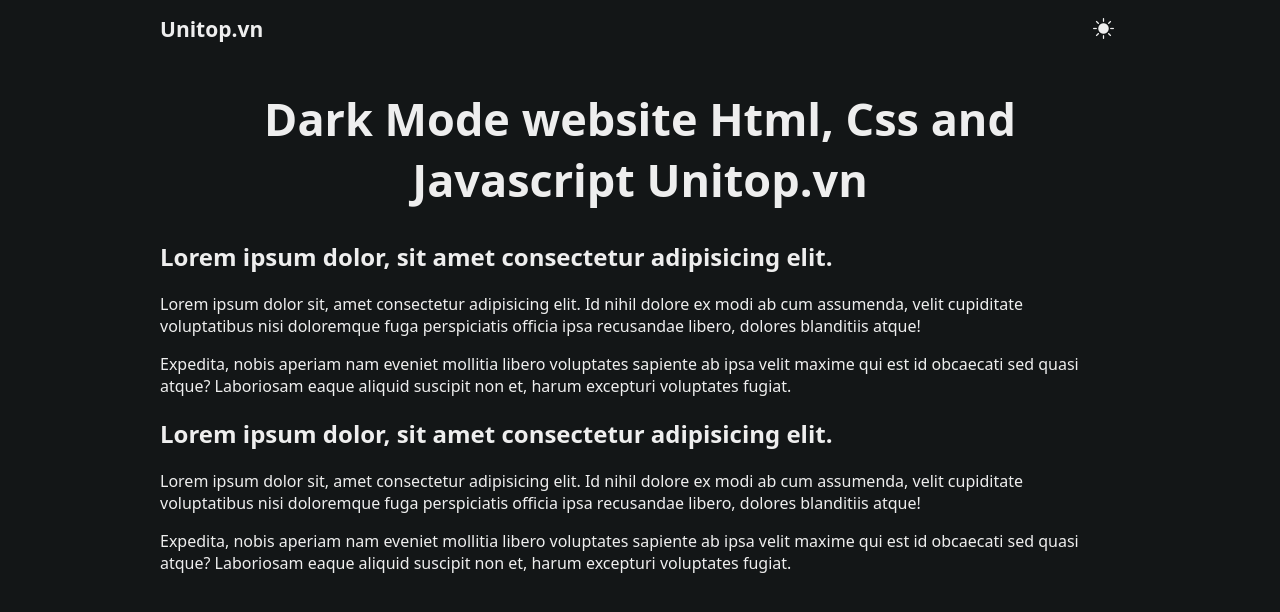
Repository: ducdatit2002/dark-mode-demo
Page: index.html
The author's editor kept a copy of each file at every save. The page is drawn from the files as they stood at one save, then again after a run of saves.
The browser window is 1280 px wide. The pictures show the whole page.
After loading, the first visible `i.bi` was clicked once.

Above is the page before, as saved 2023-08-22 16:59:40.

### index.html
<!DOCTYPE html>
<html lang="en">
<head>
   <meta charset="UTF-8">
   <meta http-equiv="X-UA-Compatible" content="IE=edge">
   <meta name="viewport" content="width=device-width, initial-scale=1.0">
   <title>Dark Mode</title>
   <link rel="stylesheet" href="./index.css">
</head>
<body class="">
   <div id="wrapper">
      <div id="header">
         <div class="container d-flex justify-content-between align-items-center">
            <a href="" id="logo">Unitop.vn</a>
            <button id="switch-mode">
               <i class="bi bi-moon-stars-fill"></i>
            </button>
         </div>
      </div>
      <div id="content" class="container">
         <h1>Dark Mode website Html, Css and Javascript Unitop.vn</h1>
         <h2>Lorem ipsum dolor, sit amet consectetur adipisicing elit.</h2>
         <p>Lorem ipsum dolor sit, amet consectetur adipisicing elit. Id nihil dolore ex modi ab cum assumenda, velit cupiditate voluptatibus nisi doloremque fuga perspiciatis officia ipsa recusandae libero, dolores blanditiis atque!</p>
         <p>Expedita, nobis aperiam nam eveniet mollitia libero voluptates sapiente ab ipsa velit maxime qui est id obcaecati sed quasi atque? Laboriosam eaque aliquid suscipit non et, harum excepturi voluptates fugiat.</p>
         <h2>Lorem ipsum dolor, sit amet consectetur adipisicing elit.</h2>
         <p>Lorem ipsum dolor sit, amet consectetur adipisicing elit. Id nihil dolore ex modi ab cum assumenda, velit cupiditate voluptatibus nisi doloremque fuga perspiciatis officia ipsa recusandae libero, dolores blanditiis atque!</p>
         <p>Expedita, nobis aperiam nam eveniet mollitia libero voluptates sapiente ab ipsa velit maxime qui est id obcaecati sed quasi atque? Laboriosam eaque aliquid suscipit non et, harum excepturi voluptates fugiat.</p>
      </div>
   </div>

</body>
<script>
   const body = document.body;
   const switch_mode = document.querySelector('#switch-mode i');
   // Load mode
   let mode = localStorage.getItem('darkmode');
   if(mode=='true'){
      body.classList.add('dark');
      switch_mode.className = "bi bi-brightness-high-fill";
   }
   switch_mode.addEventListener('click', () =>{
      switch_mode.classList.toggle('bi-moon-stars-fill');
      switch_mode.classList.toggle('bi-brightness-high-fill');
      let mode = body.classList.toggle('dark');
      // save mode
      localStorage.setItem('darkmode', mode);
   });
</script>
</html>

### index.css
 @import url("https://cdn.jsdelivr.net/npm/bootstrap-icons@1.10.3/font/bootstrap-icons.css");
      body{
         margin: 0;
         font-family: system-ui, -apple-system, BlinkMacSystemFont, 'Segoe UI', Roboto, Oxygen, Ubuntu, Cantarell, 'Open Sans', 'Helvetica Neue', sans-serif;
      }
      .container{
         max-width: 960px;
         margin: 0 auto;
      }
      .d-flex{
         display: flex;
      }
      .justify-content-between{
         justify-content: space-between;
      }
      .align-items-center{
         align-items: center;
      }
      #header{
         background: #f5f5f5;
         padding: 15px 0px;
      }
      #header #logo{
         color: #333;
         text-decoration: none;
         font-size: 21px;
         font-weight: 600;
      }
      #header #switch-mode{
         outline: none;
         border: none;
         background: none;
         cursor: pointer;
      }
      #header #switch-mode i{
         font-size: 21px;
      }
      #content h1{
         text-align: center;
         font-size: 45px;
      }
      /* // Css Dark mode */
      body.dark{
         background: #131617;
         color: #eee;
      }
      body.dark #header{
         background: #131617;
      }
      body.dark #header #logo{
         color: #eee;
      }
      body.dark #header #switch-mode{
         color: #eee;
      }

After the next 2 saves:
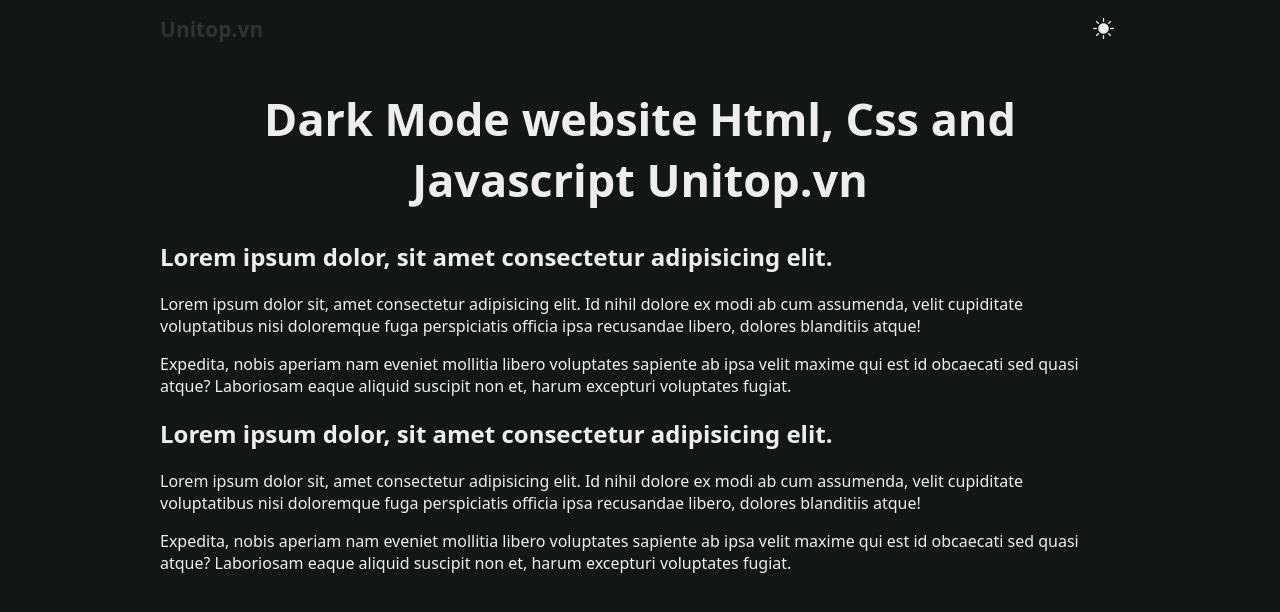
The 2 saves are shown as one change because they came seconds apart.
The last was saved 12 min 56 s later.
--- a/index.css
+++ b/index.css
@@ -47,7 +47,7 @@
       body.dark #header{
          background: #131617;
       }
-      body.dark #header #logo{
+      body.dark #header #switch-mode i{
          color: #eee;
       }
       body.dark #header #switch-mode{

After the 2 saves that followed:
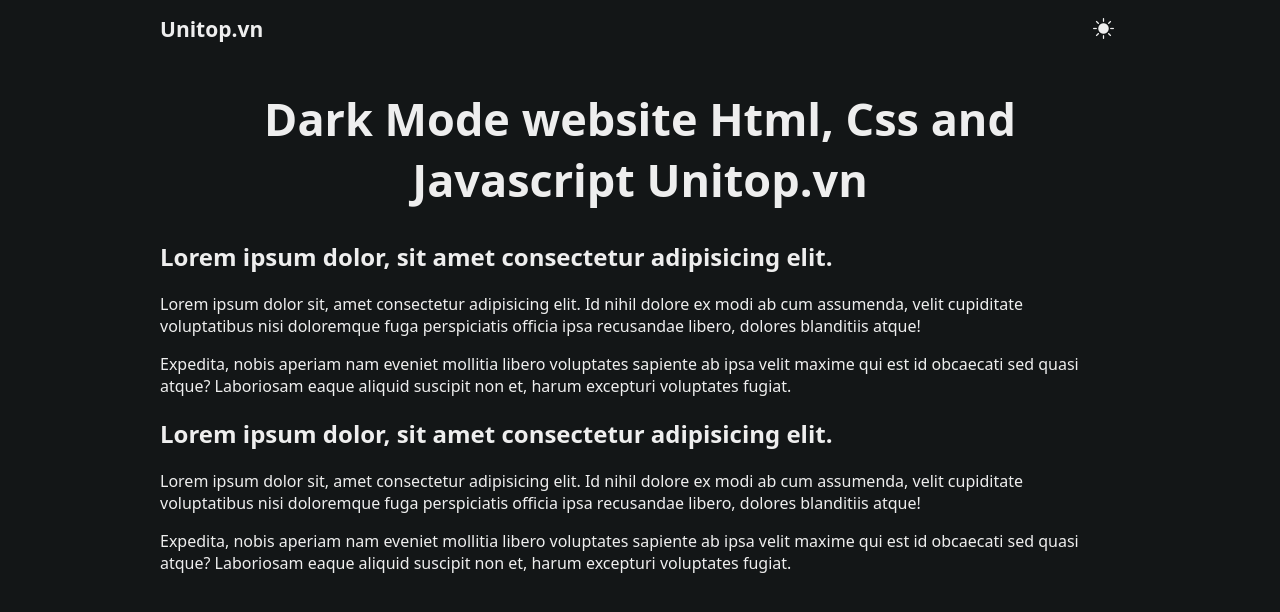
The 2 saves are shown as one change because they came seconds apart.
The last was saved 20 s later.
--- a/index.css
+++ b/index.css
@@ -47,7 +47,7 @@
       body.dark #header{
          background: #131617;
       }
-      body.dark #header #switch-mode i{
+      body.dark #header #logo{
          color: #eee;
       }
       body.dark #header #switch-mode{
